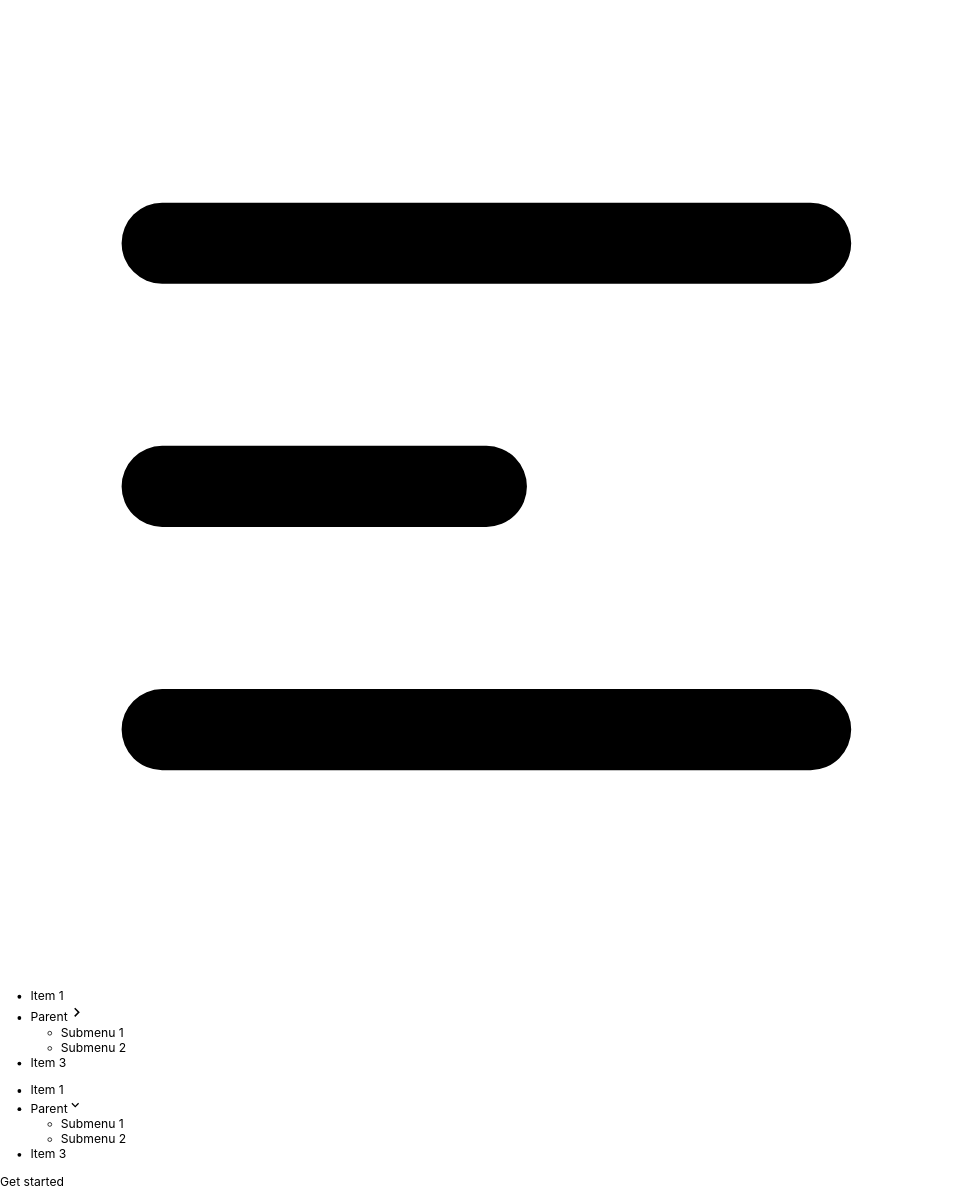
Repository: devsajid/car-manufacturer-app
Page: /
An editor plug-in stored every save of this project. The page is shown before and after a run of saves, followed by the edit.
The browser window is 1280 px wide. The pictures show the whole page, at 76% of full size.
The project was rebuilt for these pictures with package versions that can differ from the ones it lists, and the page was loaded fresh each time. Also part of the build but not shown: src/App.css.

Above is the page before, as saved 2022-05-22 11:55:29.

### src/App.js
import "./App.css";
import Navbar from "./SharedComponents/Navbar/Navbar";

function App() {
  return (
    <div>
      <Navbar></Navbar>
    </div>
  );
}

export default App;

### src/SharedComponents/Navbar/Navbar.js
import React from "react";

const Navbar = () => {
  return (
    <div>
      <div class="navbar bg-neutral text-neutral-content">
        <div class="navbar-start">
          <div class="dropdown">
            <label tabindex="0" class="btn btn-ghost lg:hidden">
              <svg
                xmlns="http://www.w3.org/2000/svg"
                class="h-5 w-5"
                fill="none"
                viewBox="0 0 24 24"
                stroke="currentColor"
              >
                <path
                  stroke-linecap="round"
                  stroke-linejoin="round"
                  stroke-width="2"
                  d="M4 6h16M4 12h8m-8 6h16"
                />
              </svg>
            </label>
            <ul
              tabindex="0"
              class="menu menu-compact dropdown-content mt-3 p-2 shadow bg-base-100 rounded-box w-52"
            >
              <li>
                <a>Item 1</a>
              </li>
              <li tabindex="0">
                <a class="justify-between">
                  Parent
                  <svg
                    class="fill-current"
                    xmlns="http://www.w3.org/2000/svg"
                    width="24"
                    height="24"
                    viewBox="0 0 24 24"
                  >
                    <path d="M8.59,16.58L13.17,12L8.59,7.41L10,6L16,12L10,18L8.59,16.58Z" />
                  </svg>
                </a>
                <ul class="p-2">
                  <li>
                    <a>Submenu 1</a>
                  </li>
                  <li>
                    <a>Submenu 2</a>
                  </li>
                </ul>
              </li>
              <li>
                <a>Item 3</a>
              </li>
            </ul>
          </div>
          <a class="btn btn-ghost normal-case text-xl"></a>
        </div>
        <div class="navbar-center hidden lg:flex">
          <ul class="menu menu-horizontal p-0">
            <li>
              <a>Item 1</a>
            </li>
            <li tabindex="0">
              <a>
                Parent
                <svg
                  class="fill-current"
                  xmlns="http://www.w3.org/2000/svg"
                  width="20"
                  height="20"
                  viewBox="0 0 24 24"
                >
                  <path d="M7.41,8.58L12,13.17L16.59,8.58L18,10L12,16L6,10L7.41,8.58Z" />
                </svg>
              </a>
              <ul class="p-2">
                <li>
                  <a>Submenu 1</a>
                </li>
                <li>
                  <a>Submenu 2</a>
                </li>
              </ul>
            </li>
            <li>
              <a>Item 3</a>
            </li>
          </ul>
        </div>
        <div class="navbar-end">
          <a class="btn">Get started</a>
        </div>
      </div>
    </div>
  );
};

export default Navbar;

Loaded but not shown: public/index.html (common file); src/index.js (common file); src/index.css (common file); src/reportWebVitals.js (common file)

After the next 9 saves:
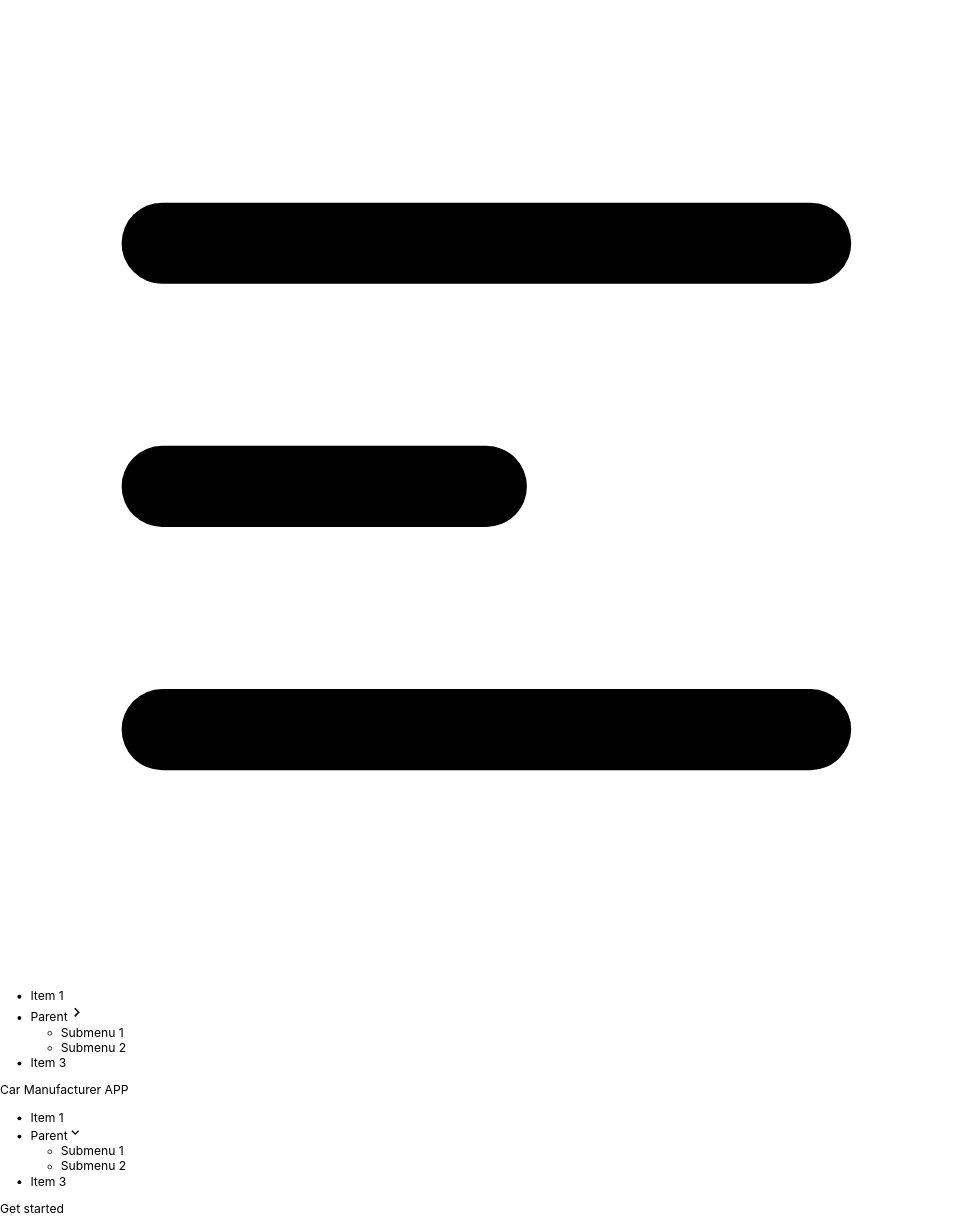
The 9 saves are shown as one change because they came seconds apart.
The last was saved 16 s later.
--- a/src/SharedComponents/Navbar/Navbar.js
+++ b/src/SharedComponents/Navbar/Navbar.js
@@ -56,7 +56,7 @@ const Navbar = () => {
               </li>
             </ul>
           </div>
-          <a class="btn btn-ghost normal-case text-xl"></a>
+          <a class="btn btn-ghost normal-case text-xl">Car Manufacturer APP</a>
         </div>
         <div class="navbar-center hidden lg:flex">
           <ul class="menu menu-horizontal p-0">
